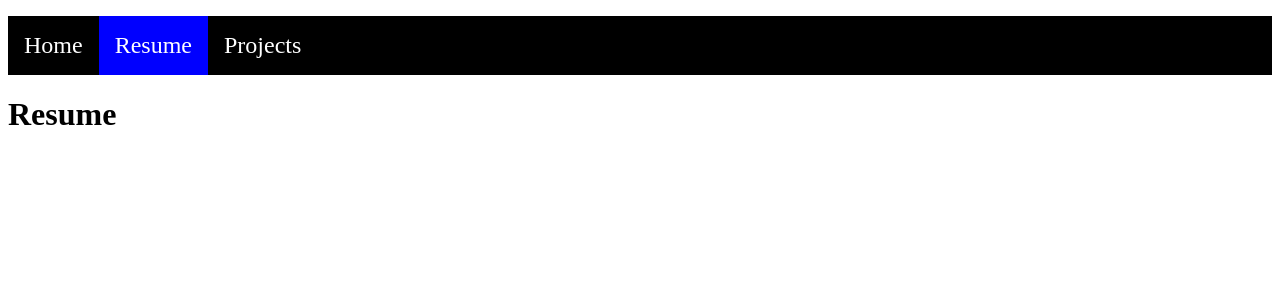
Repository: brody-toth/brody-toth.github.io
Page: resume.html
The author's editor kept a record of every edit. The page is drawn from the files as they stood at one moment, then again after the next edit.
The browser window is 1280 px wide. The pictures show the whole page.

Above is the page before.

### resume.html
<!DOCTYPE html>
<html>
  <head>
  <title>Resume</title>
  <style>

    .navbar{
      list-style: none;
      background-color: black;
      overflow: hidden;
      padding: 0;
    }

    .navbar a, .dropdown div{
      text-decoration: none;
      color: white;
      font-size: 24px;
      padding: 16px;
      display: inline-block;
    }
    .navbar li{
      float: left;
    }

    .navbar li:hover{
      background-color: pink;
    }

    .dropdown-content{
      list-style: none;
      padding: 0;
      display: none;
      position: absolute;
      z-index: 2;
      background-color: black;
    }

    .dropdown-content li{
      float:none;
    }

    .dropdown:hover .dropdown-content{
      display: block;
    }

    .active{
        background-color: blue;
    }

  </style>

  </head>
  <body>
    <ul class="navbar">
      <li><a href="index.html">Home</a></li>
      <li class="active"><a href="resume.html">Resume</a></li>
      <li class = "dropdown">
        <div>Projects</div>
        <ul class="dropdown-content">
          <li><a href="#">Project 1</a></li>
          <li><a href="#">Project 2</a></li>
          <li><a href="#">Project 3</a></li>
        </ul>
      </li>

    </ul>

    <h1>Resume</h1>

  </body>
</html>

After the next edit:
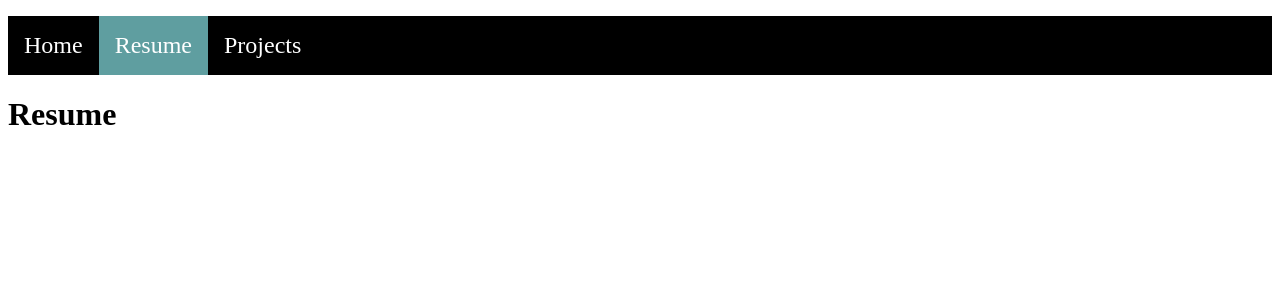
The edit:
--- a/resume.html
+++ b/resume.html
@@ -44,7 +44,7 @@
     }
 
     .active{
-        background-color: blue;
+        background-color: cadetblue;
     }
 
   </style>
